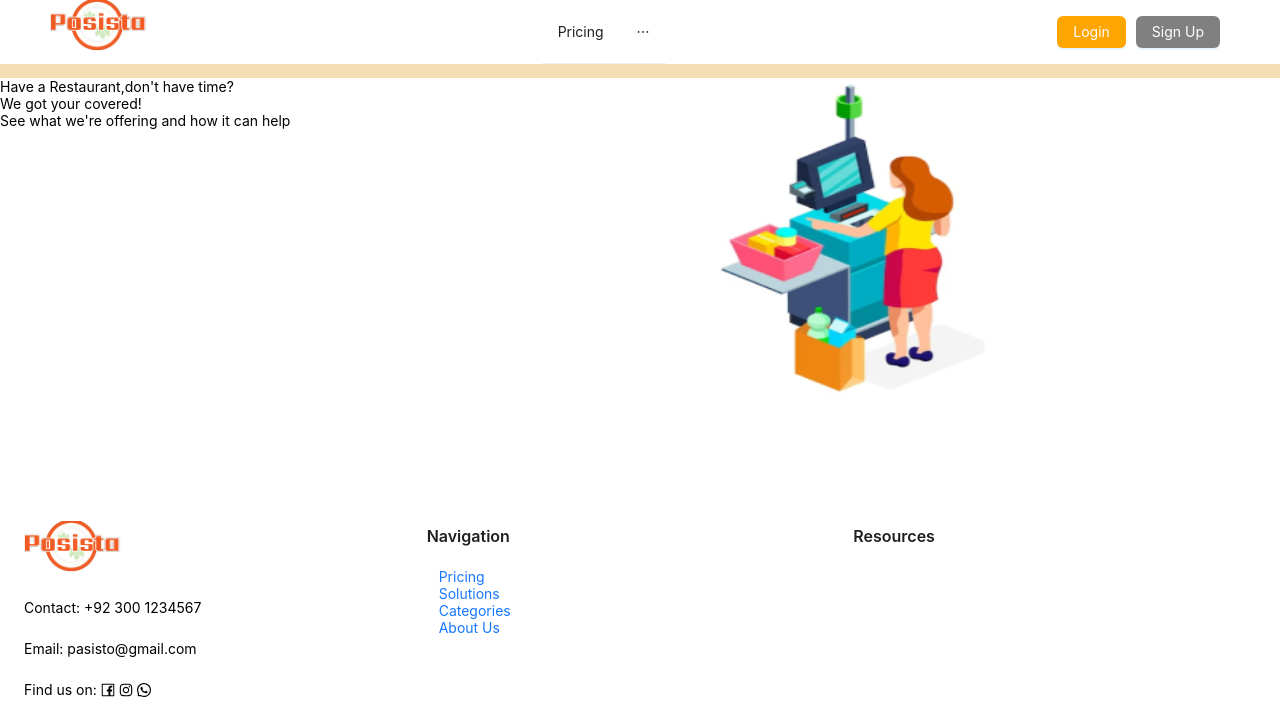
Repository: usmanarshad90/Posista
Page: / (app in test/)
These files come from the project's save history. The page is drawn as it stood at one moment and after a run of saves; the edit follows.
The browser window is 1280 px wide. The pictures show the whole page.
The project was rebuilt for these pictures with package versions that can differ from the ones it lists, and the page was loaded fresh each time. Also part of the build but not shown: test/src/components/Pricing/Pricing.jsx, test/src/components/Solution/Solutions.jsx, test/src/components/About/AboutUs.jsx, test/src/components/login/login.jsx, test/src/components/signup/signup.jsx.

Above is the page before, as saved 2023-11-28 14:31:50.

### test/public/index.html
<!DOCTYPE html>
<html lang="en">
  <head>
    <meta charset="utf-8" />
    <link rel="icon" href="%PUBLIC_URL%/favicon.ico" />
    <meta name="viewport" content="width=device-width, initial-scale=1" />
    <meta name="theme-color" content="#000000" />
    <meta
      name="description"
      content="Web site created using create-react-app"
    />
    <link rel="apple-touch-icon" href="%PUBLIC_URL%/logo192.png" />

    <link rel="manifest" href="%PUBLIC_URL%/manifest.json" />

    <title>Posisto</title>
  </head>
  <body>
    <noscript>You need to enable JavaScript to run this app.</noscript>
    <div id="root"></div>



  </body>
</html>

### test/src/index.css
body {
  margin: 0;
  font-family: -apple-system, BlinkMacSystemFont, 'Segoe UI', 'Roboto', 'Oxygen',
    'Ubuntu', 'Cantarell', 'Fira Sans', 'Droid Sans', 'Helvetica Neue',
    sans-serif;
  -webkit-font-smoothing: antialiased;
  -moz-osx-font-smoothing: grayscale;
}

code {
  font-family: source-code-pro, Menlo, Monaco, Consolas, 'Courier New',
    monospace;
}
.background{
  background-image: url("./images/background.jpg")!important;

}



/* .container{
  max-width: 1000px;
  margin: auto;
  width: 100%;
  padding-inline: 1rem;
  padding-block:5rem;

} */

### test/src/App.js
import {BrowserRouter  as Router , Routes , Route} from 'react-router-dom'
import Home from './components/Home/Home';

import Pricing from './components/Pricing/Pricing';
import Solutions from './components/Solution/Solutions';
import AboutUs from './components/About/AboutUs';
import Login from './components/login/login';
import SignUp from './components/signup/signup';


function App() {
  return (
    <Router>
    {/* if i can do it like this all pages come on the header */}

      <Routes>

        {/* if i can do it like this header individually come on the each page*/}

        <Route path="/" element={< Home/>} />
        <Route path="/login" element={<Login/>}/>
        <Route path="/signup" element={<SignUp/>} />

        <Route path="/pricing" element={< Pricing/>} />
        <Route path="/solution" element={< Solutions/>} />
        <Route path="/about" element={<AboutUs/>} />

        </Routes>
        {/* for footer i can call here */}

        </Router>
  );
}

export default App;

### test/src/components/Home/Home.jsx
import React from 'react'
import PageHeader from '../PageHeader/PageHeader'
import HeroSection from '../HeroSection/HeroSection'
import PageFooter from '../Footer/Footer'

const Home = () => {
  return (
    <>
    <PageHeader/>
    <HeroSection/>



    <PageFooter/>

    </>
  )
}

export default Home

### test/src/components/PageHeader/PageHeader.jsx
import React from 'react'
import { Layout, Menu, Button, Row, Col } from 'antd';
import { Link } from 'react-router-dom';
import logoimage from '../../images/posistologo.png'
import {HomeOutlined, UserOutlined,SettingOutlined,} from '@ant-design/icons';

const { Header } = Layout;
const PageHeader = () => {
  return (
    <Row>
      <Col lg={24} xl={24} md={12} xs={4} >
    <Layout className="layout">
    <Header style={{ display: 'flex', justifyContent: 'space-between' ,backgroundColor: 'white' }}>
      <div className="logo" >

      <Link to={'/'}><img src={logoimage} alt="" width="100px"  /></Link>
        </div>
      <Menu  mode="horizontal" style={ {color:'black',backgroundColor: 'transparent'}} >
        <Link to={'/pricing'} ><Menu.Item key="1" >Pricing</Menu.Item></Link>


        <Link to={'/solution'} ><Menu.Item key="2" >Solutions</Menu.Item></Link>

        <Link to={'/about'} ><Menu.Item key="3" >About Us</Menu.Item></Link>
      </Menu>

      <div>

        <Link to="/login"><Button type="primary" style={{ marginRight: '10px', backgroundColor: 'orange' }}>Login</Button>
        </Link>
        <Link to="/signup"><Button type="primary" style={{ marginRight: '10px', backgroundColor: 'grey' }}>Sign Up</Button></Link>
      </div>




    </Header>
  </Layout>
  </Col>
  </Row>
  )
}

export default PageHeader;

### test/src/components/HeroSection/HeroSection.jsx
import React from 'react'
import { Row,Col,Image,Divider} from 'antd';

import image from '../../images/design.png'

const HeroSection = () => {




      const DemoBox = (props) => <p className={`height-${props.value}`}>{props.children}</p>;
  return (
    <>
    <Row  >
      <Col  lg={{ span:24, order: 1 }} md={24} xs={24} xl={24} xxl={24}  style={{background:'wheat'}}>
      <DemoBox value={'100%'}> </DemoBox>
        </Col>

    <Col lg={{ span: 12, order: 2 }} md={8} xs={4} xl={12}>

    <div   >

         Have a Restaurant,don't have time? <br />
         We got your covered! <br/>

         <div   >See what we're offering and how it can help <br />


         </div>
    </div>
    </Col>
    <Col lg={{ span: 12, order: 3 }}md={8} xs={4} xl={12}>
    <Image width={'70%'} preview={false} height={'90%'} src={image} alt="#" />

    </Col>
   </Row>
   </>
  )
}

export default HeroSection

### test/src/components/Footer/Footer.jsx
import React from 'react'
import { Layout, Menu, Row, Col, Typography } from 'antd';
import { Link } from 'react-router-dom';
import logoimage from '../../images/posistologo.png';
import { FacebookOutlined,InstagramOutlined , WhatsAppOutlined} from '@ant-design/icons';
// const {PageFooter}=Layout;




const Footer = () => {
  const style = {
    background: '',
    text_align:'left',
    padding: ' 12px ',



  };


  return (
    <Row><Col  lg={{ span:8, order: 1 }} md={6} xs={4} xl={8} xxl={8} style={style} >

      <div style={style} className="logo" >

      <Link to={'/'}><img src={logoimage} alt="" width="100px"  /></Link>
      </div>
      <div style={style}>Contact: +92 300 1234567</div>
      <div style={style}>Email: pasisto@gmail.com</div>
      <div style={style}>Find us on: <FacebookOutlined  /> <InstagramOutlined /> <WhatsAppOutlined /></div>

      </Col>

      <Col  lg={{ span:8, order: 1 }} md={6} xs={4} xl={8} xxl={8}   >

      <Typography.Title level={5} >Navigation </Typography.Title>


      <div style={style}>
      <Link to={'/pricing'} >Pricing</Link> <br />


      <Link to={'/solution'} >Solutions</Link><br />
      <Link to={'/about'} >Categories</Link><br />
      <Link to={'/about'} >About Us</Link><br />

      </div>
      </Col>

      <Col  lg={{ span:8, order: 1 }} md={6} xs={4} xl={8} xxl={8}   >
        <Typography.Title level={5}>Resources</Typography.Title>
        <div></div>
      </Col>




    </Row>

  )
}

export default Footer

Loaded but not shown: test/src/index.js (common file)

After the next 2 saves:
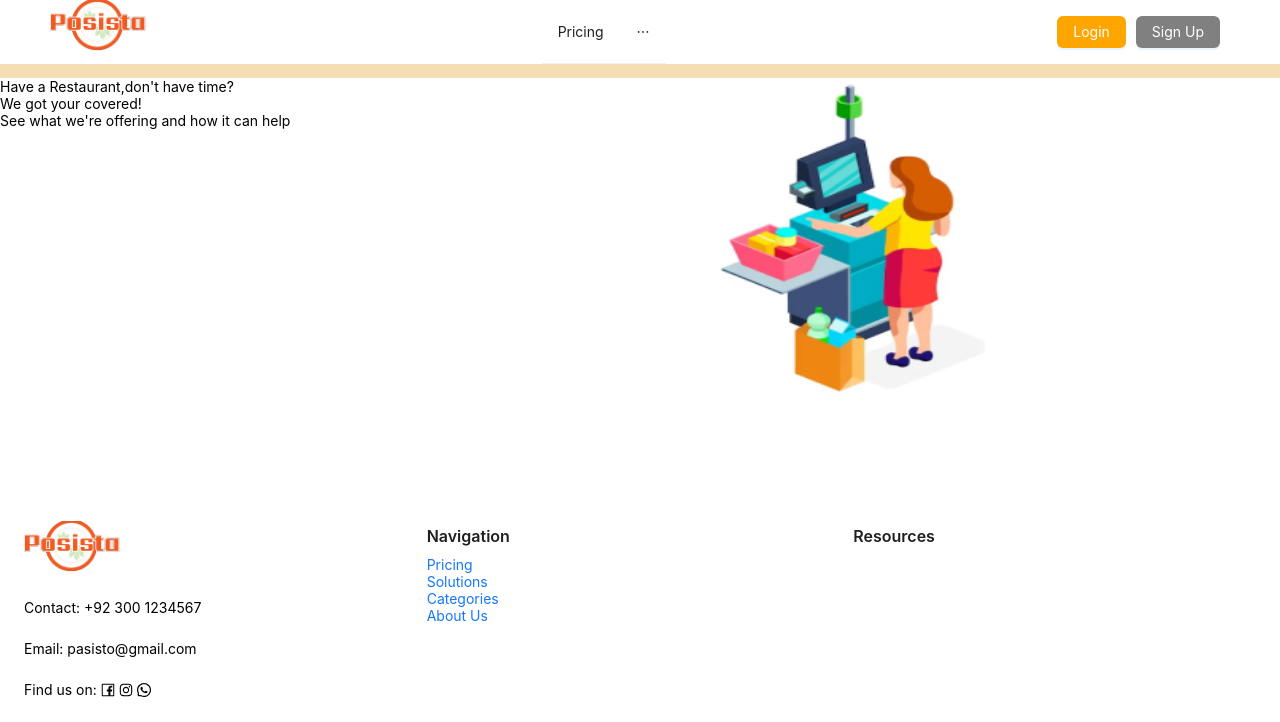
The 2 saves are shown as one change because they came seconds apart.
The last was saved 7 s later.
--- a/test/src/components/Footer/Footer.jsx
+++ b/test/src/components/Footer/Footer.jsx
@@ -37,7 +37,7 @@ const Footer = () => {
       <Typography.Title level={5} >Navigation </Typography.Title>
 
 
-      <div style={style}>
+
       <Link to={'/pricing'} >Pricing</Link> <br />
 
 
@@ -45,7 +45,7 @@ const Footer = () => {
       <Link to={'/about'} >Categories</Link><br />
       <Link to={'/about'} >About Us</Link><br />
 
-      </div>
+
       </Col>
 
       <Col  lg={{ span:8, order: 1 }} md={6} xs={4} xl={8} xxl={8}   >
